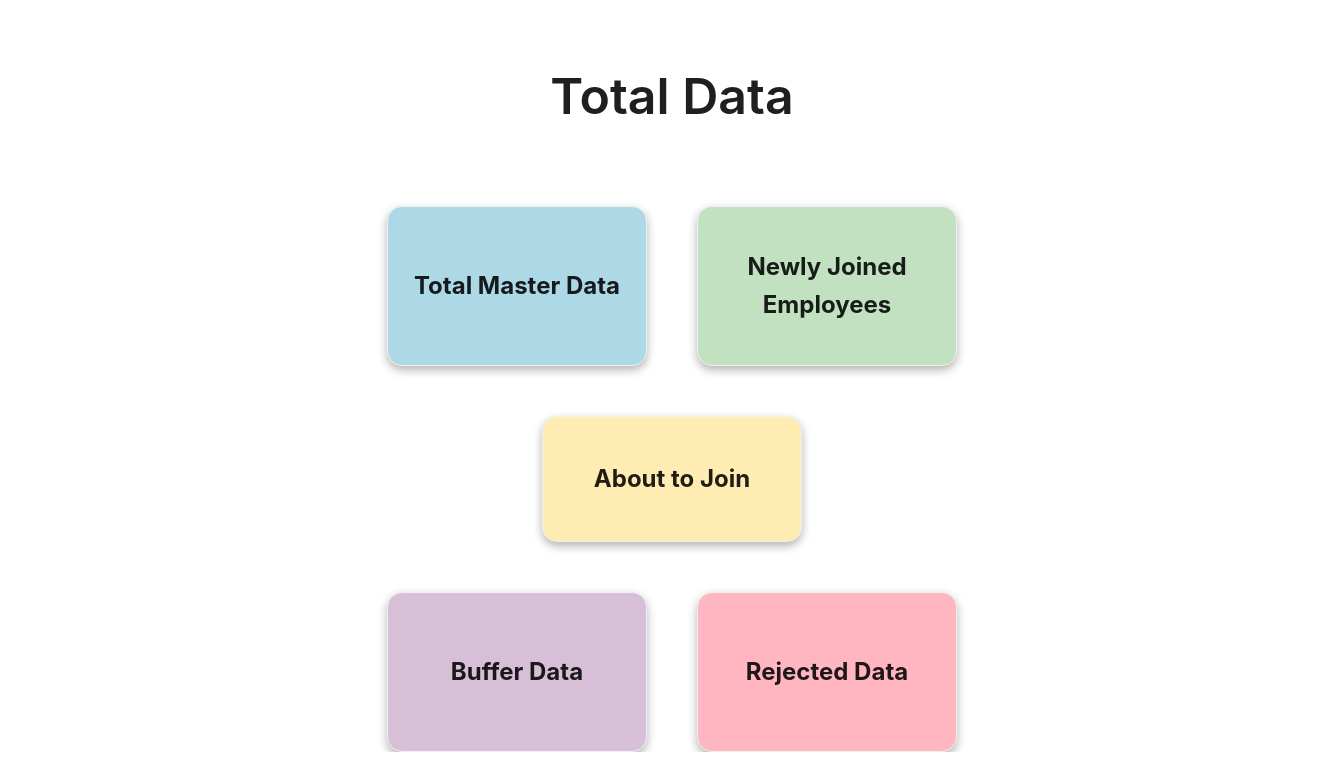
Repository: Moqueed/Delta_Iot
Page: /total-data (app in client/)
The author's editor kept a copy of each file at every save. The page is drawn from the files as they stood at one save, then again after the next save.
The browser window is 1280 px wide. The page is 1344 px wide, so the pictures cover 1344 px, including what lies to the right of the window. The pictures show the whole page.
The project was rebuilt for these pictures with package versions that can differ from the ones it lists, and the page was loaded fresh each time. Also part of the build but not shown: client/vite.config.js, client/src/api/index.js, client/src/api/users.js, client/src/pages/Register/index.jsx, client/src/pages/Login/index.jsx, client/src/components/ProtectedRoute.jsx, client/src/pages/HR/HRDashboard.jsx, client/src/pages/Admin/AdminDashboard.jsx.

Above is the page before, as saved 2025-03-13 22:56:22.

### client/src/App.jsx
import { Route, Routes } from "react-router-dom";
import "./App.css";
import RegisterPage from "./pages/Register";
import LoginPage from "./pages/Login";
import ProtectedRoute from "./components/ProtectedRoute";
import HRDashboard from "./pages/HR/HRDashboard";
import AdminDashboard from "./pages/Admin/AdminDashboard";
import TotalDataPage from "./pages/HR/TotalDataPage";

function App() {
  return (
    <>
      <Routes>
        <Route path="/register" element={<RegisterPage />} />
        <Route path="/login" element={<LoginPage />} />
        <Route
          path="/hr-dashboard"
          element={
            <ProtectedRoute role="HR">
              <HRDashboard />
            </ProtectedRoute>
          }
        />
        <Route
          path="/admin-dashboard"
          element={
            <ProtectedRoute role="Admin">
              <AdminDashboard />
            </ProtectedRoute>
          }
        />
        <Route path="*" element={<LoginPage />} />
        <Route path="/total-data" element={<TotalDataPage/>}/>
      </Routes>
    </>
  );
}

export default App;

### client/src/pages/HR/TotalDataPage.jsx
import React from "react";
import { Card, Typography } from "antd";

const { Title } = Typography;

const TotalDataPage = () => {
  const sections = [
    { title: "Total Master Data", color: "#ADD8E6" },
    { title: "Newly Joined Employees", color: "#C1E1C1" },
    { title: "About to Join", color: "#FFECB3" },
    { title: "Buffer Data", color: "#D8BFD8" },
    { title: "Rejected Data", color: "#FFB6C1" },
  ];

  const cardStyle = {
    width: "260px",
    height: "160px",
    display: "flex",
    alignItems: "center",
    justifyContent: "center",
    borderRadius: "15px",
    boxShadow: "0 4px 10px rgba(0, 0, 0, 0.3)",
    fontWeight: "bold",
    fontSize: "24px",
    cursor: "pointer",
    transition: "transform 0.3s ease, box-shadow 0.3s ease",
  };

  const handleHover = (e) => {
    e.currentTarget.style.transform = "scale(1.1)";
    e.currentTarget.style.boxShadow = "0 8px 20px rgba(0, 0, 0, 0.5)";
  };

  const handleLeave = (e) => {
    e.currentTarget.style.transform = "scale(1)";
    e.currentTarget.style.boxShadow = "0 4px 10px rgba(0, 0, 0, 0.3)";
  };

  return (
    <div
      style={{
        height: "100vh",
        width: "100vw",
        display: "flex",
        flexDirection: "column",
        alignItems: "center",
        justifyContent: "center",
        backgroundColor: "#ffffff",
        gap: "50px",
        overflow: "hidden",
      }}
    >
      <Title level={1} style={{ marginBottom: "30px", fontSize: "50px" }}>
        Total Data
      </Title>

      <div style={{ display: "flex", gap: "50px" }}>
        <Card
          style={{ ...cardStyle, backgroundColor: sections[0].color }}
          onMouseEnter={handleHover}
          onMouseLeave={handleLeave}
        >
          {sections[0].title}
        </Card>
        <Card
          style={{ ...cardStyle, backgroundColor: sections[1].color }}
          onMouseEnter={handleHover}
          onMouseLeave={handleLeave}
        >
          {sections[1].title}
        </Card>
      </div>

      <Card
        style={{ ...cardStyle, backgroundColor: sections[2].color }}
        onMouseEnter={handleHover}
        onMouseLeave={handleLeave}
      >
        {sections[2].title}
      </Card>

      <div style={{ display: "flex", gap: "50px" }}>
        <Card
          style={{ ...cardStyle, backgroundColor: sections[3].color }}
          onMouseEnter={handleHover}
          onMouseLeave={handleLeave}
        >
          {sections[3].title}
        </Card>
        <Card
          style={{ ...cardStyle, backgroundColor: sections[4].color }}
          onMouseEnter={handleHover}
          onMouseLeave={handleLeave}
        >
          {sections[4].title}
        </Card>
      </div>
    </div>
  );
};

export default TotalDataPage;

Loaded but not shown: client/index.html (common file); client/src/main.jsx (common file); client/src/index.css (common file); client/src/App.css (common file)

After the next save:
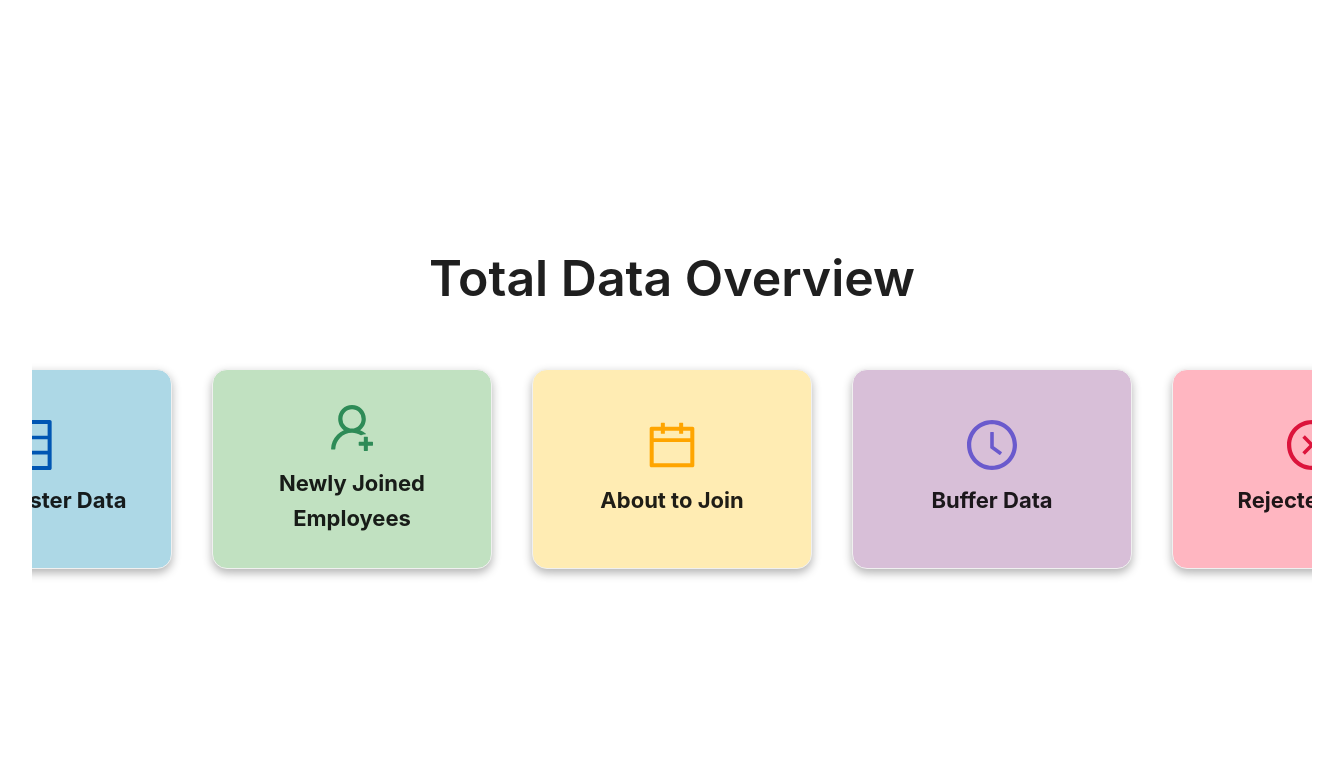
Saved 5 min 5 s later.
--- a/client/src/pages/HR/TotalDataPage.jsx
+++ b/client/src/pages/HR/TotalDataPage.jsx
@@ -1,27 +1,29 @@
 import React from "react";
 import { Card, Typography } from "antd";
+import { DatabaseOutlined, UserAddOutlined, CalendarOutlined, ClockCircleOutlined, CloseCircleOutlined } from "@ant-design/icons";
 
 const { Title } = Typography;
 
 const TotalDataPage = () => {
   const sections = [
-    { title: "Total Master Data", color: "#ADD8E6" },
-    { title: "Newly Joined Employees", color: "#C1E1C1" },
-    { title: "About to Join", color: "#FFECB3" },
-    { title: "Buffer Data", color: "#D8BFD8" },
-    { title: "Rejected Data", color: "#FFB6C1" },
+    { title: "Total Master Data", color: "#ADD8E6", icon: <DatabaseOutlined style={{ fontSize: "50px", color: "#0056b3" }} /> },
+    { title: "Newly Joined Employees", color: "#C1E1C1", icon: <UserAddOutlined style={{ fontSize: "50px", color: "#2E8B57" }} /> },
+    { title: "About to Join", color: "#FFECB3", icon: <CalendarOutlined style={{ fontSize: "50px", color: "#FFA500" }} /> },
+    { title: "Buffer Data", color: "#D8BFD8", icon: <ClockCircleOutlined style={{ fontSize: "50px", color: "#6A5ACD" }} /> },
+    { title: "Rejected Data", color: "#FFB6C1", icon: <CloseCircleOutlined style={{ fontSize: "50px", color: "#DC143C" }} /> },
   ];
 
   const cardStyle = {
-    width: "260px",
-    height: "160px",
+    width: "280px",
+    height: "200px",
     display: "flex",
+    flexDirection: "column",
     alignItems: "center",
     justifyContent: "center",
     borderRadius: "15px",
     boxShadow: "0 4px 10px rgba(0, 0, 0, 0.3)",
     fontWeight: "bold",
-    fontSize: "24px",
+    fontSize: "22px",
     cursor: "pointer",
     transition: "transform 0.3s ease, box-shadow 0.3s ease",
   };
@@ -46,54 +48,26 @@ const TotalDataPage = () => {
         alignItems: "center",
         justifyContent: "center",
         backgroundColor: "#ffffff",
-        gap: "50px",
+        gap: "40px",
         overflow: "hidden",
       }}
     >
-      <Title level={1} style={{ marginBottom: "30px", fontSize: "50px" }}>
-        Total Data
+      <Title level={1} style={{ marginBottom: "20px", fontSize: "50px" }}>
+        Total Data Overview
       </Title>
 
-      <div style={{ display: "flex", gap: "50px" }}>
-        <Card
-          style={{ ...cardStyle, backgroundColor: sections[0].color }}
-          onMouseEnter={handleHover}
-          onMouseLeave={handleLeave}
-        >
-          {sections[0].title}
-        </Card>
-        <Card
-          style={{ ...cardStyle, backgroundColor: sections[1].color }}
-          onMouseEnter={handleHover}
-          onMouseLeave={handleLeave}
-        >
-          {sections[1].title}
-        </Card>
-      </div>
-
-      <Card
-        style={{ ...cardStyle, backgroundColor: sections[2].color }}
-        onMouseEnter={handleHover}
-        onMouseLeave={handleLeave}
-      >
-        {sections[2].title}
-      </Card>
-
-      <div style={{ display: "flex", gap: "50px" }}>
-        <Card
-          style={{ ...cardStyle, backgroundColor: sections[3].color }}
-          onMouseEnter={handleHover}
-          onMouseLeave={handleLeave}
-        >
-          {sections[3].title}
-        </Card>
-        <Card
-          style={{ ...cardStyle, backgroundColor: sections[4].color }}
-          onMouseEnter={handleHover}
-          onMouseLeave={handleLeave}
-        >
-          {sections[4].title}
-        </Card>
+      <div style={{ display: "flex", gap: "40px" }}>
+        {sections.map((section, index) => (
+          <Card
+            key={index}
+            style={{ ...cardStyle, backgroundColor: section.color }}
+            onMouseEnter={handleHover}
+            onMouseLeave={handleLeave}
+          >
+            {section.icon}
+            <div style={{ marginTop: "10px" }}>{section.title}</div>
+          </Card>
+        ))}
       </div>
     </div>
   );
